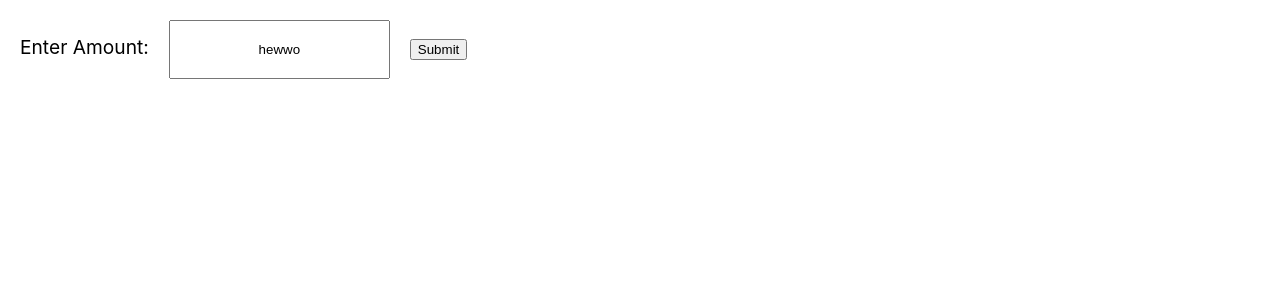
Repository: catsarenotreal/ExpenseTracker
Page: /
The author's editor kept a copy of each file at every save. The page is drawn from the files as they stood at one save, then again after the next save.
The browser window is 1280 px wide. The pictures show the whole page.
The project was rebuilt for these pictures with package versions that can differ from the ones it lists, and the page was loaded fresh each time. Also part of the build but not shown: src/MainApp.css.

Above is the page before, as saved 2024-08-27 16:59:41.

After the next save:
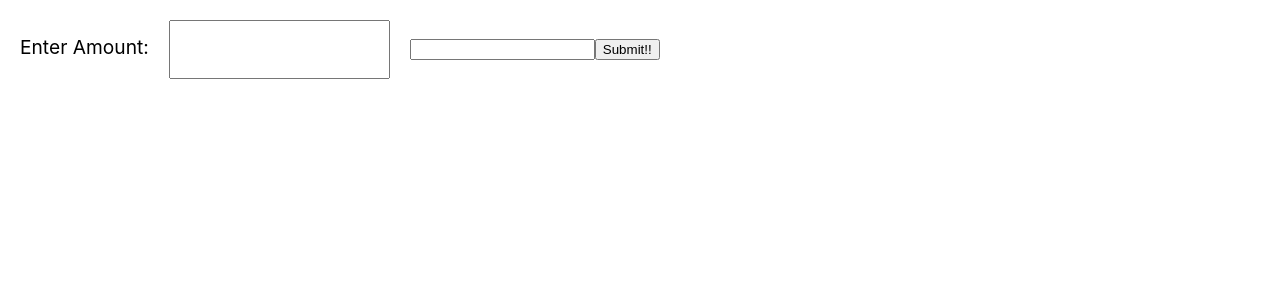
Saved 7 min 0 s later.
--- a/src/Input.tsx
+++ b/src/Input.tsx
@@ -3,6 +3,8 @@ import './Input.css'
 import {useState} from 'react';
 
 
+// todo: add new components for budget (and maybe tabs)
+// todo: tabs for breakdown and visualisation with custom date range
 
 function Input(){
 
@@ -19,13 +21,13 @@ function Input(){
         let inputVal = formData.get("amountInput")?.toString()
 
         if (!inputVal){
-            console.log("ERROR AMOUNTINPUT IS NOT STRING FORMAT");
+            alert("ERROR AMOUNTINPUT IS NOT STRING FORMAT");
             return;
         }
 
         if (checkValidNumber(inputVal)){
             setValue(Number(inputVal))
-            console.log("complete")
+            console.log(inputVal + " is a valid number")
         }
         else{
             alert("not a valid number!!")
@@ -37,8 +39,6 @@ function Input(){
         // 1. is number format
         // 2. is 2 dp at most
         // 3. is >= 0
-        console.log("hi")
-        console.log(val)
 
         if ( /^(\d+(\.\d{1,2})?)$/.test(val) ){ // valid number format, at most 2dp
             if (Number(val) > 0){
@@ -57,10 +57,16 @@ function Input(){
                         className = "InputTextBox"
                         name = "amountInput"
                         type = "string"
-                        defaultValue="hewwo"
+                    />
+                    <input
+                        className = "Category"
+                        name = "spendCategory"
+                        type = "string"
+                        // todo: how to make this input temp, like allow custom or existing choice?
+                        // select vs custom
                     />
                     <button >
-                       Submit
+                       Submit!!
                     </button>
                 </label>
             </form>
